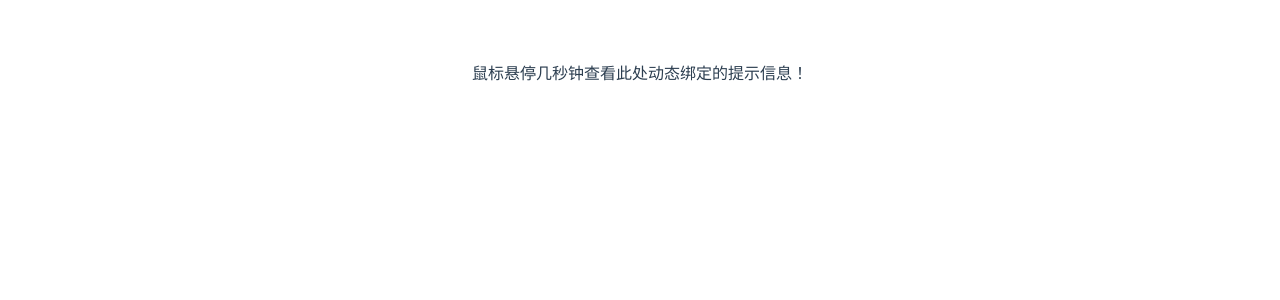
Repository: zhanghuihb/vue-demo
Page: /
These files come from the project's save history. The page is drawn as it stood at one moment and after the next save; the edit follows.
The browser window is 1280 px wide. The pictures show the whole page.
The project was rebuilt for these pictures with package versions that can differ from the ones it lists, and the page was loaded fresh each time.

Above is the page before, as saved 2020-10-23 15:01:58.

### src/components/HelloWorld.vue
<template>
  <div class="hello">
    <span v-bind:title="msg">
      鼠标悬停几秒钟查看此处动态绑定的提示信息！
    </span>
  </div>
</template>

<script>
export default {
  name: 'HelloWorld',
  data () {
    return {
      msg: '页面加载于 ' + new Date().toLocaleString()
    }
  }
}
</script>

<!-- Add "scoped" attribute to limit CSS to this component only -->
<style scoped>
h1, h2 {
  font-weight: normal;
}
ul {
  list-style-type: none;
  padding: 0;
}
li {
  display: inline-block;
  margin: 0 10px;
}
a {
  color: #42b983;
}
</style>

Loaded but not shown: index.html (common file); src/main.js (common file); src/App.vue (common file); src/router/index.js (common file)

After the next save:
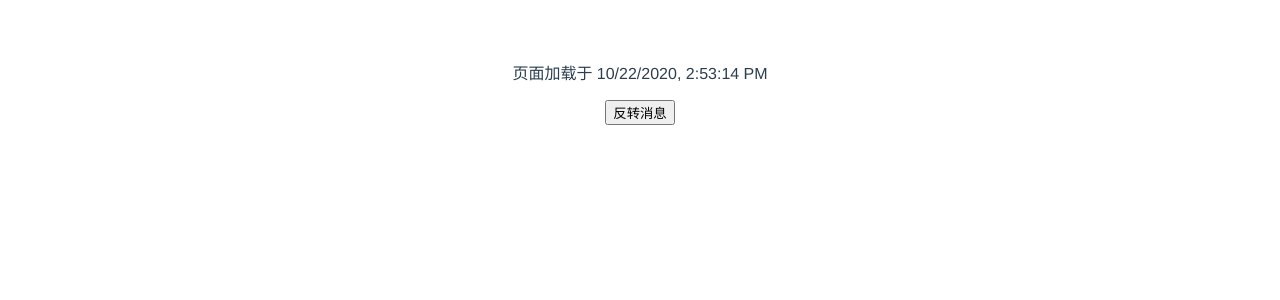
Saved 26 min 12 s later.
--- a/src/components/HelloWorld.vue
+++ b/src/components/HelloWorld.vue
@@ -1,8 +1,10 @@
 <template>
   <div class="hello">
-    <span v-bind:title="msg">
+    <!-- <span v-bind:title="msg">
       鼠标悬停几秒钟查看此处动态绑定的提示信息！
-    </span>
+    </span> -->
+    <p>{{msg}}</p>
+    <button v-on:click="reverseMessage">反转消息</button>
   </div>
 </template>
 
@@ -12,6 +14,11 @@ export default {
   data () {
     return {
       msg: '页面加载于 ' + new Date().toLocaleString()
+    }
+  },
+  methods: {
+    reverseMessage: function() {
+      this.msg = this.msg.split('').reverse().join('')
     }
   }
 }
